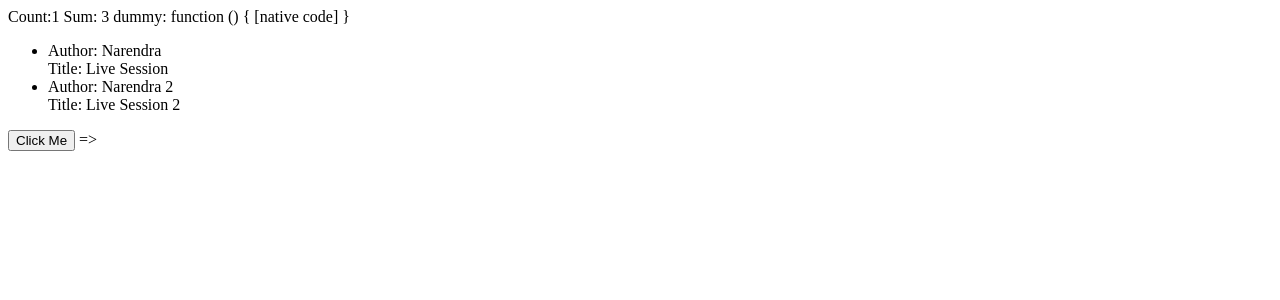
Repository: narendraiitm/may-2023-live-sessions
Page: index.html
An editor plug-in stored every save of this project. The page is shown before and after a run of saves, followed by the edit.
The browser window is 1280 px wide. The pictures show the whole page.

Above is the page before, as saved 2023-06-27 21:32:18.

### index.html
<!DOCTYPE html>
<html lang="en">
  <head>
    <meta charset="UTF-8" />
    <meta http-equiv="X-UA-Compatible" content="IE=edge" />
    <meta name="viewport" content="width=device-width, initial-scale=1.0" />
    <title>Document</title>
    <style>
      .danger {
        color: red;
      }
      .success {
        font-size: 1.5em;
      }
    </style>
  </head>
  <body>
    <div id="app"></div>
    <script src="https://cdn.jsdelivr.net/npm/vue@2/dist/vue.js"></script>
    <script src="./app.js"></script>
  </body>
</html>

### app.js
new Vue({
  // options object
  el: '#app',
  template: `
  <div>
    Count:{{count}}
    Sum: {{sum}}
    dummy: {{increeseCount}}
    <ul>
       <li v-for='blog in blogs'>
        <div>Author: {{blog.author}}</div>
        <div>Title: {{blog.title}}</div>
       </li>
    </ul>
    <button @click = 'increeseCount'>Click Me</button>
    <input v-bind=></input>
  </div>
  `,
  data: {
    blogs: [
      { author: 'Narendra', title: 'Live Session' },
      { author: 'Narendra 2', title: 'Live Session 2' },
    ],
    count: 1,
    a: 1,
    b: 2,
    name: null,
  },
  methods: {
    increeseCount() {
      this.b += 2
    },
  },
  computed: {
    sum() {
      return this.a + this.b
    },
  },
  watch: {
    b(newVal, oldVal) {
      const change = newVal - oldVal
      console.log(change)
    },
  },
})

After the next 2 saves:
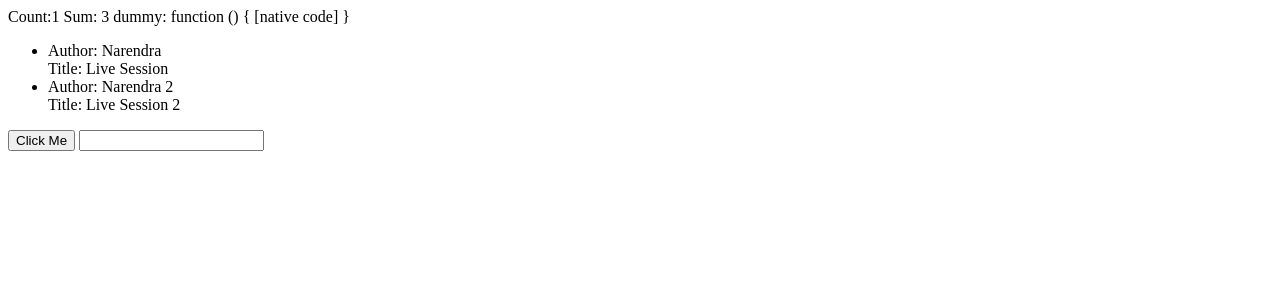
The 2 saves are shown as one change because they came seconds apart.
The last was saved 8 s later.
--- a/app.js
+++ b/app.js
@@ -13,7 +13,7 @@ new Vue({
        </li>
     </ul>
     <button @click = 'increeseCount'>Click Me</button>
-    <input v-bind=></input>
+    <input v-bind='name'></input>
   </div>
   `,
   data: {
